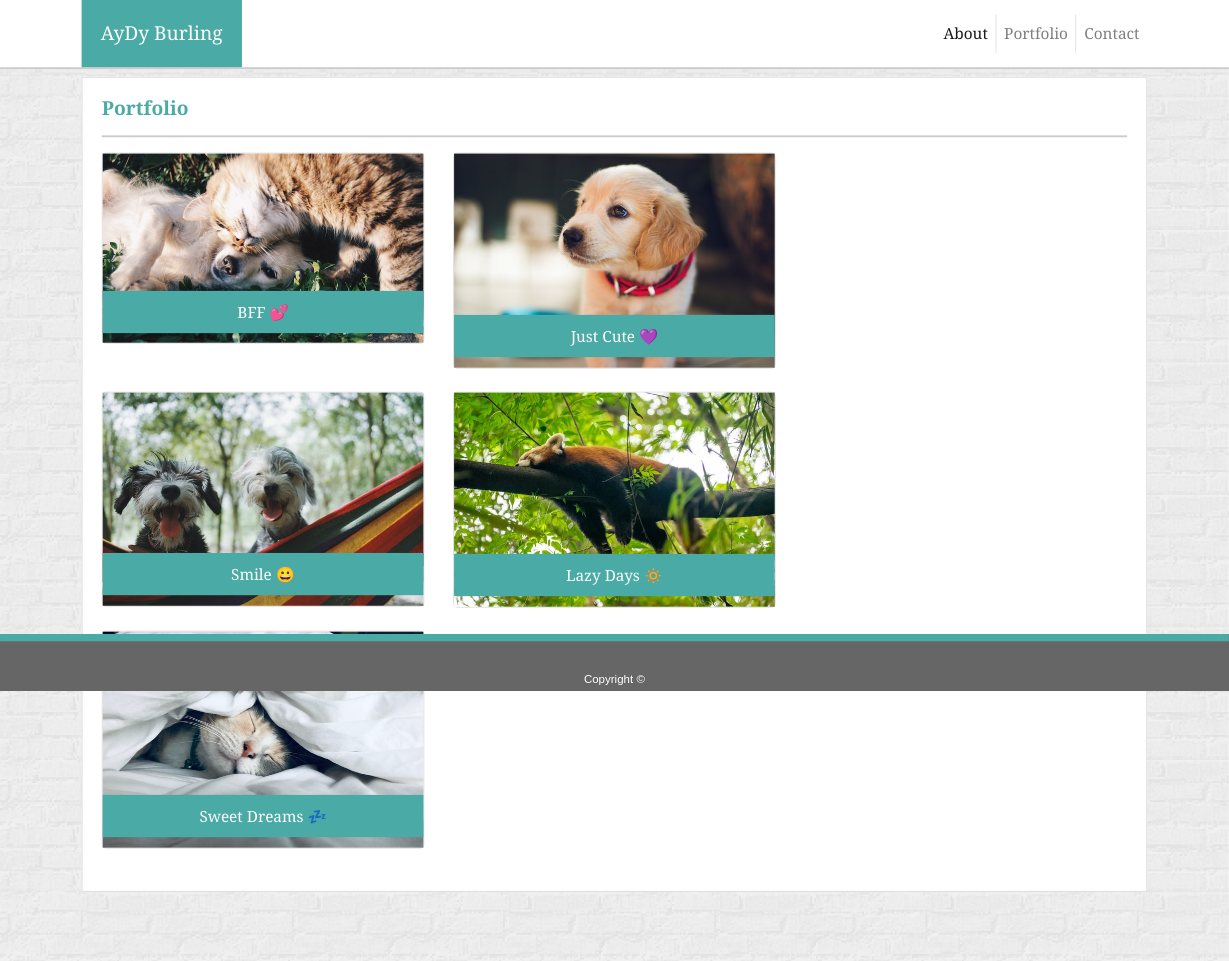
Repository: Dee1985/AyDy-Burling-prework
Page: Module-1_Assessment/portfolio.html
The author's editor kept a copy of each file at every save. The page is drawn from the files as they stood at one save, then again after the next save.
The browser window is 1280 px wide. The pictures show the whole page, at 96% of full size.

Above is the page before, as saved 2020-05-22 22:47:09.

After the next save:
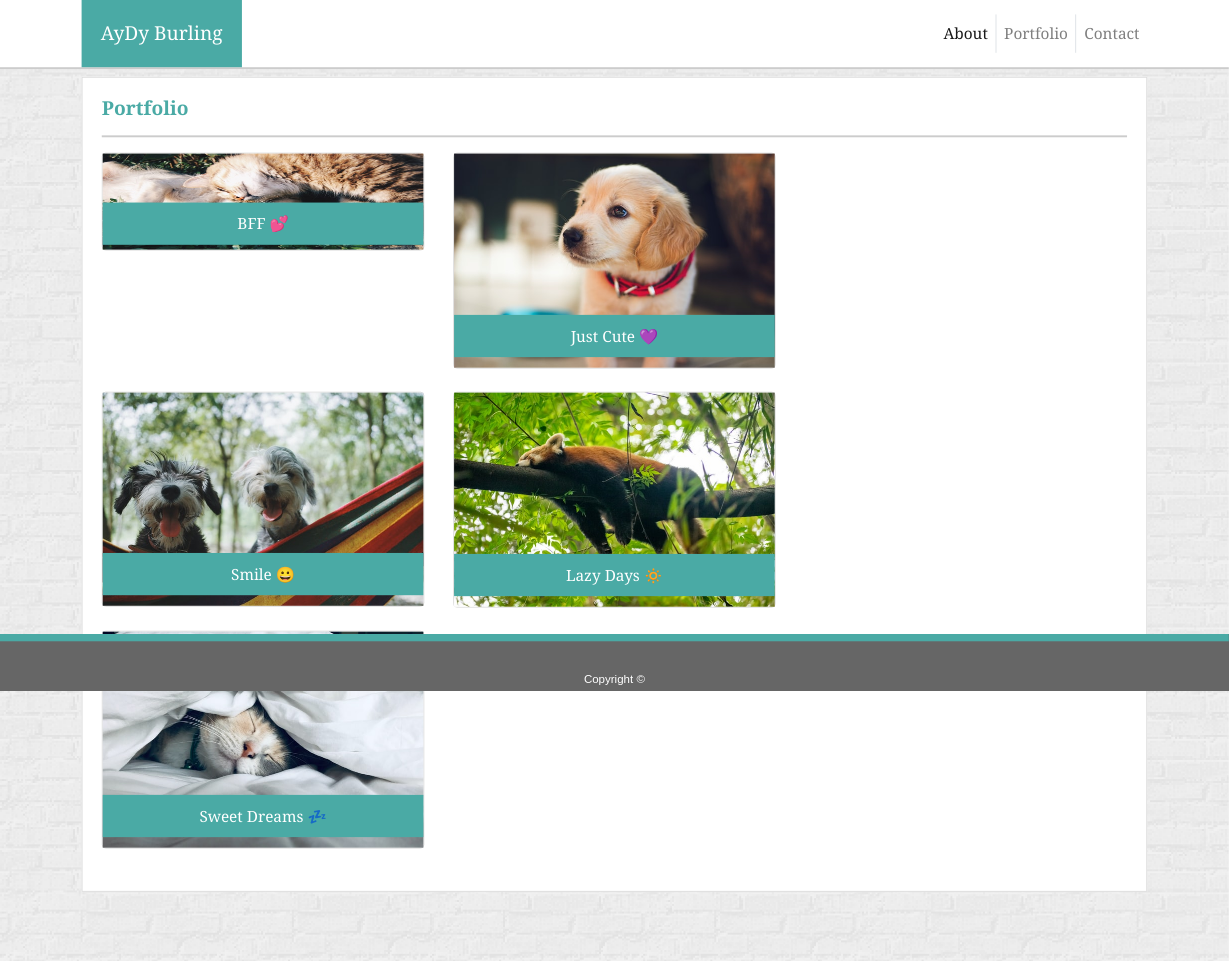
Saved 36 s later.
--- a/Module-1_Assessment/portfolio.html
+++ b/Module-1_Assessment/portfolio.html
@@ -58,7 +58,7 @@
               <!-- first card -->
                 <div class="col-lg-4 mb-4">
                             <div class="card text-white">
-                                <img src="assets/img/krista-mangulsone-9gz3wfHr65U-unsplash.jpg" width="100%" height="60%" alt="cat and dog cuddles">
+                                <img src="assets/img/krista-mangulsone-9gz3wfHr65U-unsplash.jpg" width="100%" height="100px" alt="cat and dog cuddles">
                                 <div class="card-heading text-center">
                                     BFF 💕
                                 </div>

After the save that followed:
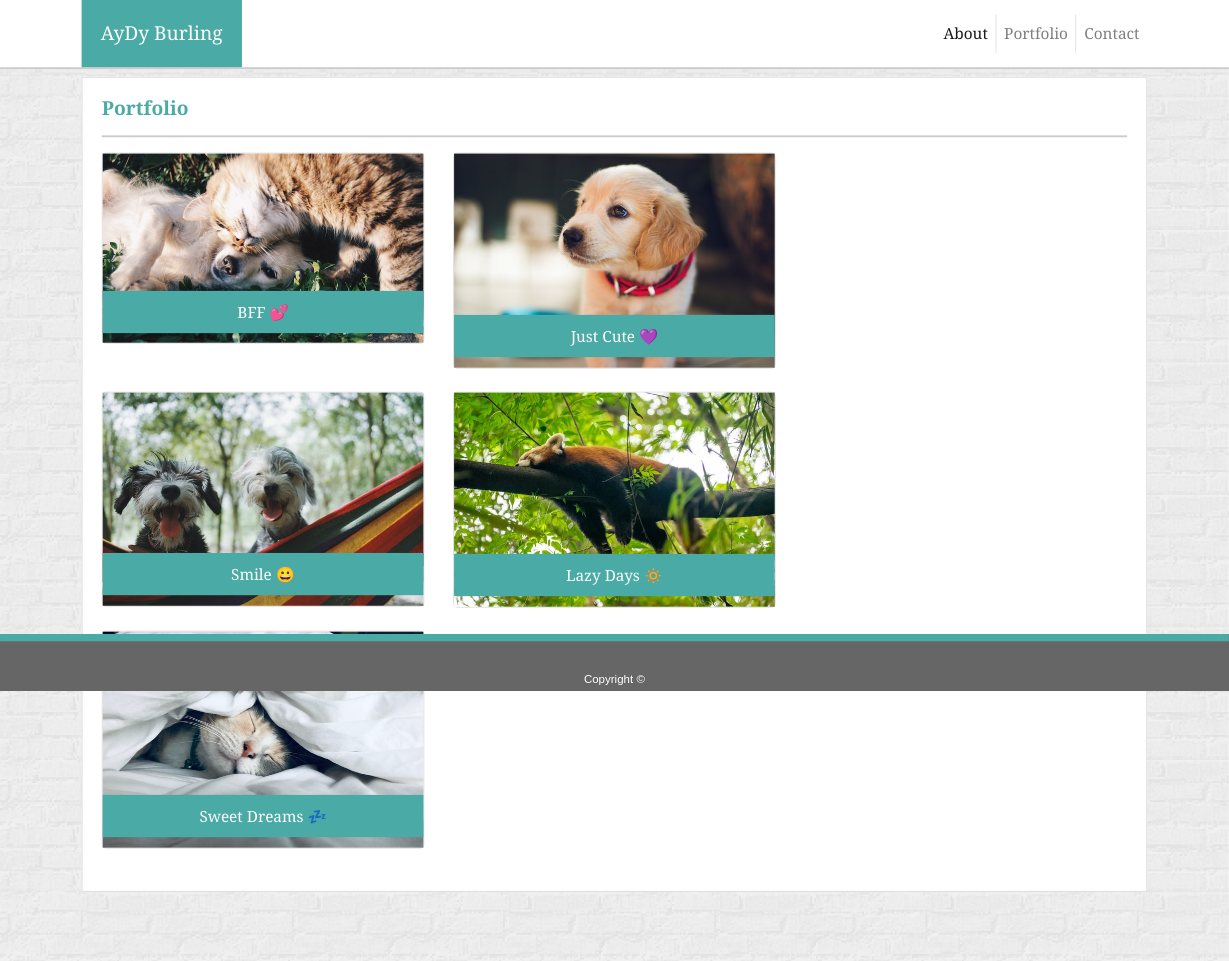
Saved 14 s later.
--- a/Module-1_Assessment/portfolio.html
+++ b/Module-1_Assessment/portfolio.html
@@ -58,7 +58,7 @@
               <!-- first card -->
                 <div class="col-lg-4 mb-4">
                             <div class="card text-white">
-                                <img src="assets/img/krista-mangulsone-9gz3wfHr65U-unsplash.jpg" width="100%" height="100px" alt="cat and dog cuddles">
+                                <img src="assets/img/krista-mangulsone-9gz3wfHr65U-unsplash.jpg" width="100%" height="30%" alt="cat and dog cuddles">
                                 <div class="card-heading text-center">
                                     BFF 💕
                                 </div>
